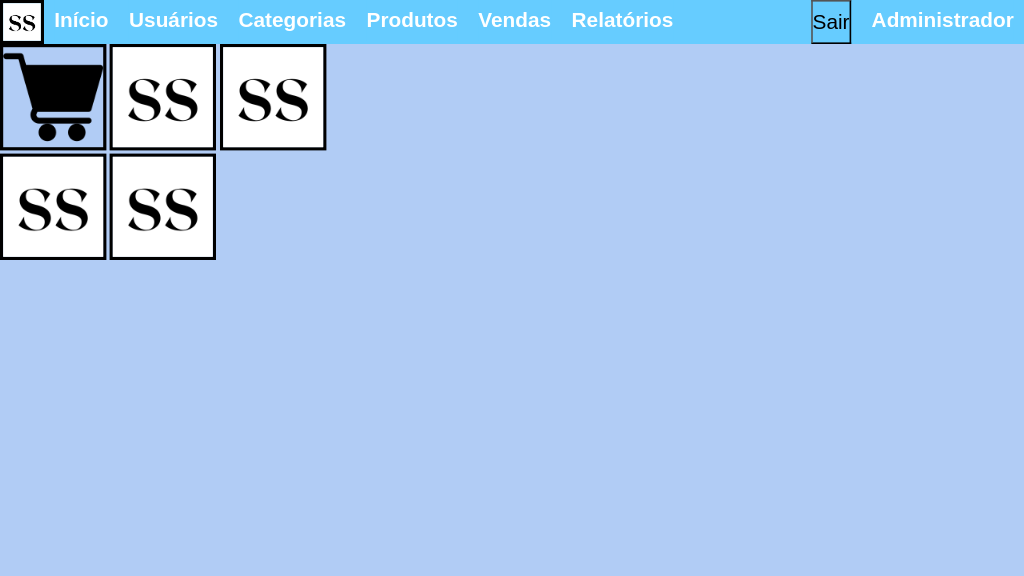
Repository: FaculdadeSenaiJoinville/PiMichelBaade
Page: ProjetoIndividual/WebContent/pages/admin/adminInicio.html
The author's editor kept a copy of each file at every save. The page is drawn from the files as they stood at one save, then again after the next save.
The browser window is 1280 px wide. The pictures show the whole page, at 80% of full size.

Above is the page before, as saved 2021-08-14 01:21:30.

After the next save:
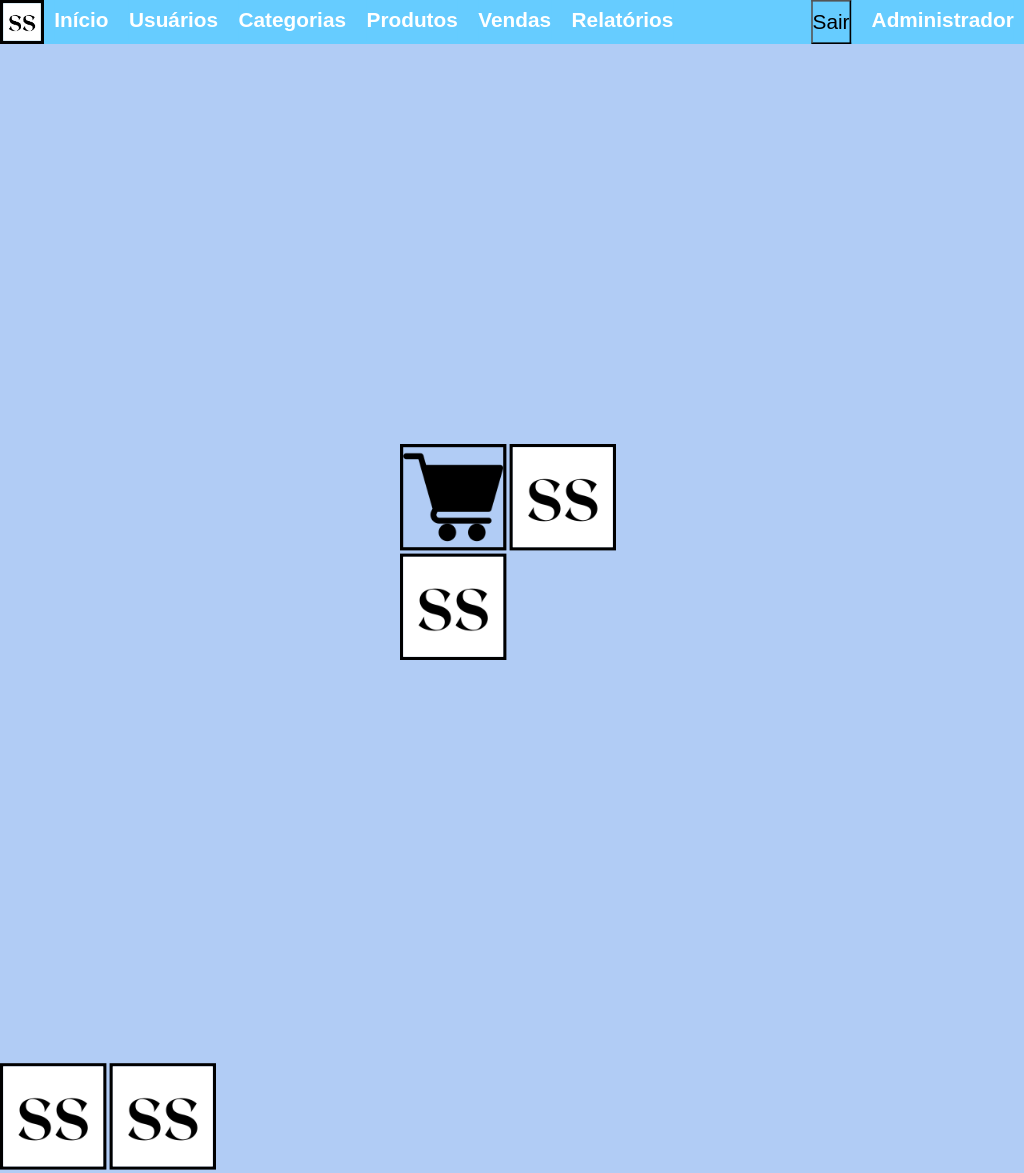
Saved 44 s later.
--- a/ProjetoIndividual/WebContent/pages/admin/adminInicio.html
+++ b/ProjetoIndividual/WebContent/pages/admin/adminInicio.html
@@ -22,8 +22,8 @@
 <button class="usuario">Sair</button>
 </nav>
 
-<section class="botoes_central">
-<div>
+<section>
+<div class="botoes_central">
 <img src="../../imgs/vendas.png" alt="Logo da Software dos Sonhos">
 <img src="../../imgs/logomenor.png" alt="Logo da Software dos Sonhos">
 <img src="../../imgs/logomenor.png" alt="Logo da Software dos Sonhos">
